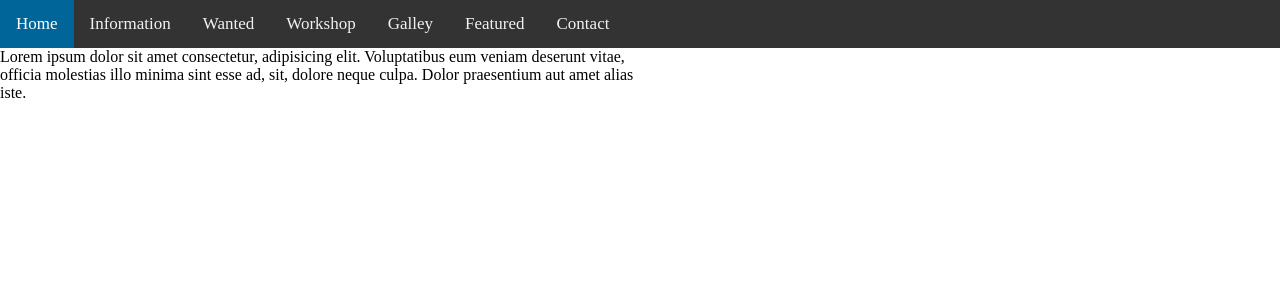
Repository: mcleanka/gym-management-system
Page: index.html
These files come from the project's save history. The page is drawn as it stood at one moment and after the next save; the edit follows.
The browser window is 1280 px wide. The pictures show the whole page.

Above is the page before, as saved 2022-07-01 16:40:55.

### index.html
<!DOCTYPE html>
<html lang="en">

<head>
	<meta charset="UTF-8">
	<meta http-equiv="X-UA-Compatible" content="IE=edge">
	<meta name="viewport" content="width=device-width, initial-scale=1.0">
	<title>Home | Gym Management System</title>

	<link rel="stylesheet" href="css/style.css">
	<script src="js/app.js"></script>
</head>

<body>
	<div class="container">
		<div class="wrapper">
			<div class="topnav" id="myTopnav">
				<a href="./home.html" class="active">Home</a>
				<a href="./information.html">Information</a>
				<a href="./wanted.html">Wanted</a>
				<a href="./workshop.html">Workshop</a>
				<a href="./galley.html">Galley</a>
				<a href="./featured.html">Featured</a>
				<a href="./contact.html">Contact</a>

				<a href="javascript:void(0);" class="icon" onclick="myFunction()">
					<i class="fa fa-bars"></i>
				</a>
			</div>

			<div class="row">
				<div class="column">
					Lorem ipsum dolor sit amet consectetur, adipisicing elit. Voluptatibus eum veniam deserunt vitae,
					officia molestias illo minima sint esse ad, sit, dolore neque culpa. Dolor praesentium aut amet
					alias iste.
				</div>
				<div class="column"></div>
			</div>
		</div>
	</div>
</body>

</html>

### css/style.css
* {
	margin: 0;
	padding: 0;
}

/* Add a black background color to the top navigation */
.topnav {
	background-color: #333;
	overflow: hidden;
}

/* Style the links inside the navigation bar */
.topnav a {
	float: left;
	display: block;
	color: #f2f2f2;
	text-align: center;
	padding: 14px 16px;
	text-decoration: none;
	font-size: 17px;
}

/* Change the color of links on hover */
.topnav a:hover {
	background-color: #ddd;
	color: black;
}

/* Add an active class to highlight the current page */
.topnav a.active {
	background-color: #006699;
	color: white;
}

/* Hide the link that should open and close the topnav on small screens */
.topnav .icon {
	display: none;
}

/* When the screen is less than 600 pixels wide, hide all links, except for the first one ("Home"). Show the link that contains should open and close the topnav (.icon) */
@media screen and (max-width: 600px) {
	.topnav a:not(:first-child) {
		display: none;
	}

	.topnav a.icon {
		float: right;
		display: block;
	}
}

/* The "responsive" class is added to the topnav with JavaScript when the user clicks on the icon. This class makes the topnav look good on small screens (display the links vertically instead of horizontally) */
@media screen and (max-width: 600px) {
	.topnav.responsive {
		position: relative;
	}

	.topnav.responsive a.icon {
		position: absolute;
		right: 0;
		top: 0;
	}

	.topnav.responsive a {
		float: none;
		display: block;
		text-align: left;
	}
}

.column {
	float: left;
	width: 50%;
}

/* Clear floats after the columns */
.row:after {
	content: "";
	display: table;
	clear: both;
}

.row {
	display: flex;
}

.column {
	flex: 50%;
}

.column {
	float: left;
}

.left {
	width: 25%;
}

.right {
	width: 75%;
}

/* Responsive layout - when the screen is less than 600px wide, make the two columns stack on top of each other instead of next to each other */
@media screen and (max-width: 600px) {
	.column {
		width: 100%;
	}
}

### js/app.js
/* Toggle between adding and removing the "responsive" class to topnav when the user clicks on the icon */
function myFunction() {
	var x = document.getElementById("myTopnav");
	if (x.className === "topnav") {
		x.className += " responsive";
	} else {
		x.className = "topnav";
	}
}

After the next save:
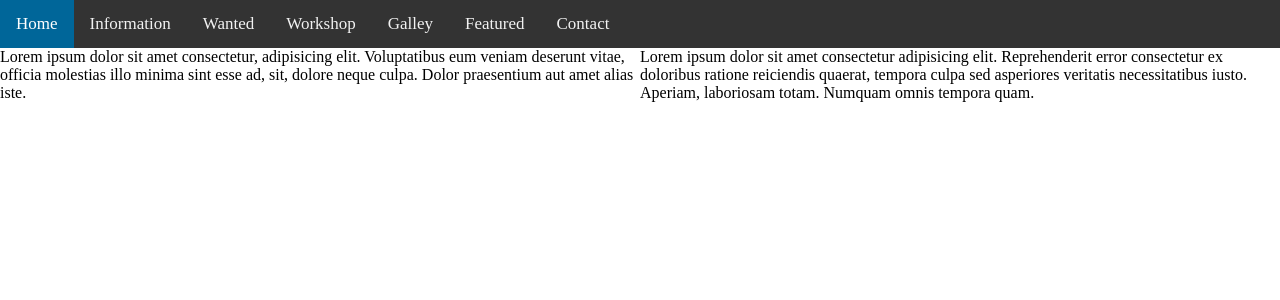
Saved 7 s later.
--- a/index.html
+++ b/index.html
@@ -34,7 +34,11 @@
 					officia molestias illo minima sint esse ad, sit, dolore neque culpa. Dolor praesentium aut amet
 					alias iste.
 				</div>
-				<div class="column"></div>
+				<div class="column">
+					Lorem ipsum dolor sit amet consectetur adipisicing elit. Reprehenderit error consectetur ex
+					doloribus ratione reiciendis quaerat, tempora culpa sed asperiores veritatis necessitatibus iusto.
+					Aperiam, laboriosam totam. Numquam omnis tempora quam.
+				</div>
 			</div>
 		</div>
 	</div>
